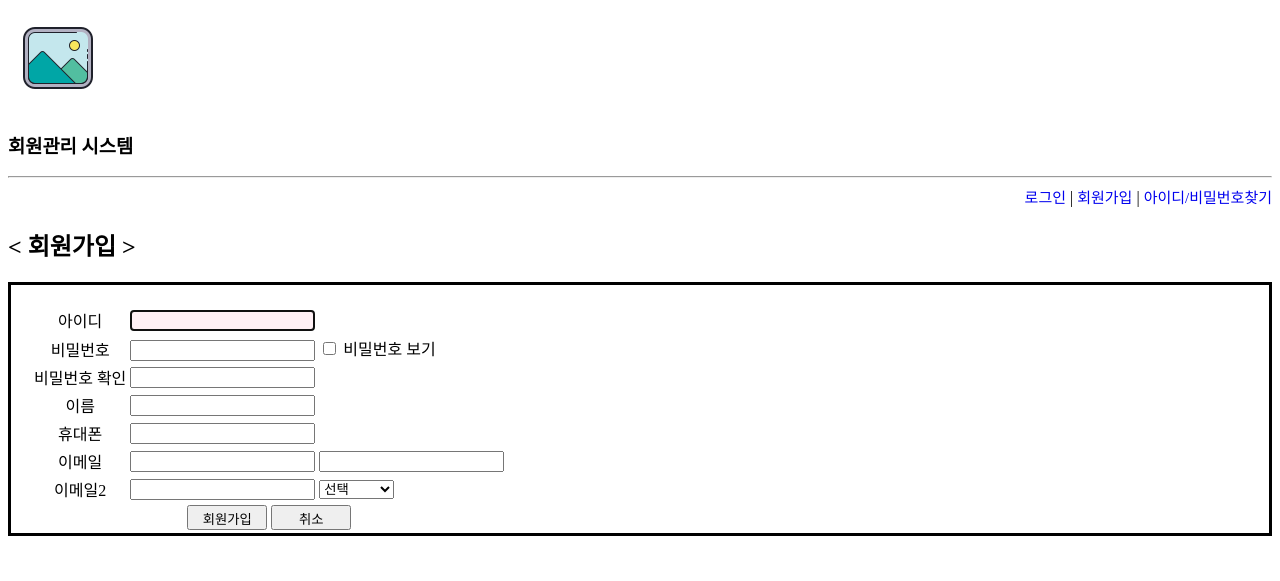
Repository: jelly02/workspace_web
Page: 04.css_basic/src/main/webapp/joinMember.html
These files come from the project's save history. The page is drawn as it stood at one moment and after the next save; the edit follows.
The browser window is 1280 px wide. The pictures show the whole page.

Above is the page before, as saved 2021-06-28 08:32:16.

After the next save:
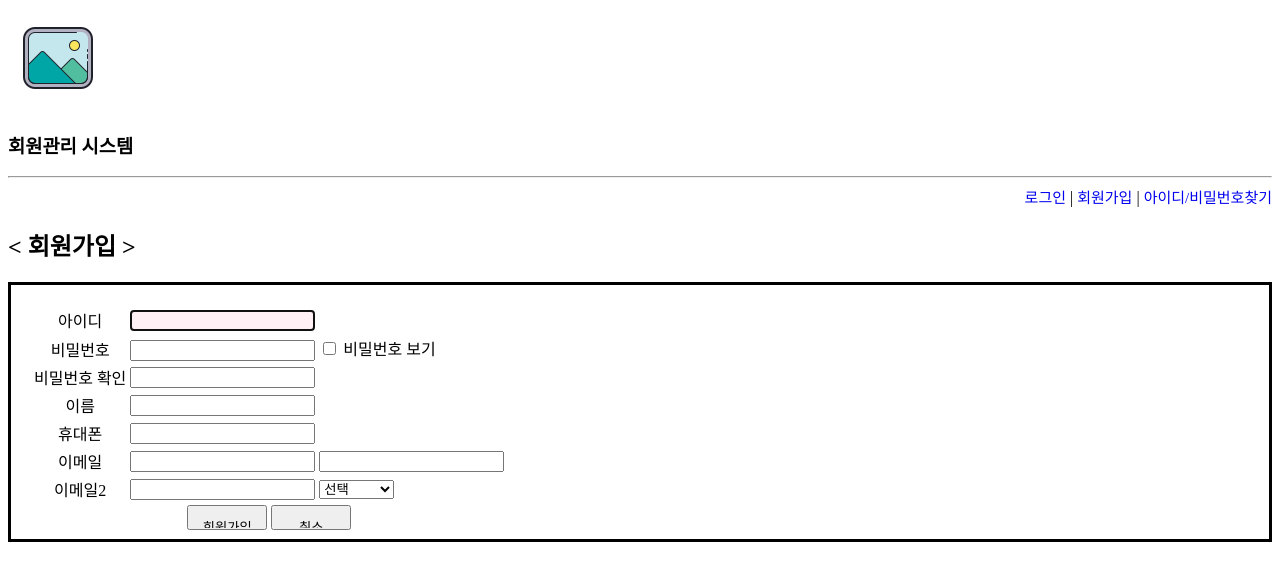
Saved 5 s later.
--- a/04.css_basic/src/main/webapp/css/common.css
+++ b/04.css_basic/src/main/webapp/css/common.css
@@ -56,7 +56,7 @@ span.input_label {
 
 
 input.normal {
-	padding-top: 2px;
+	padding-top: 10px;
 	width : 80px;
 	height: 25px;
 }
